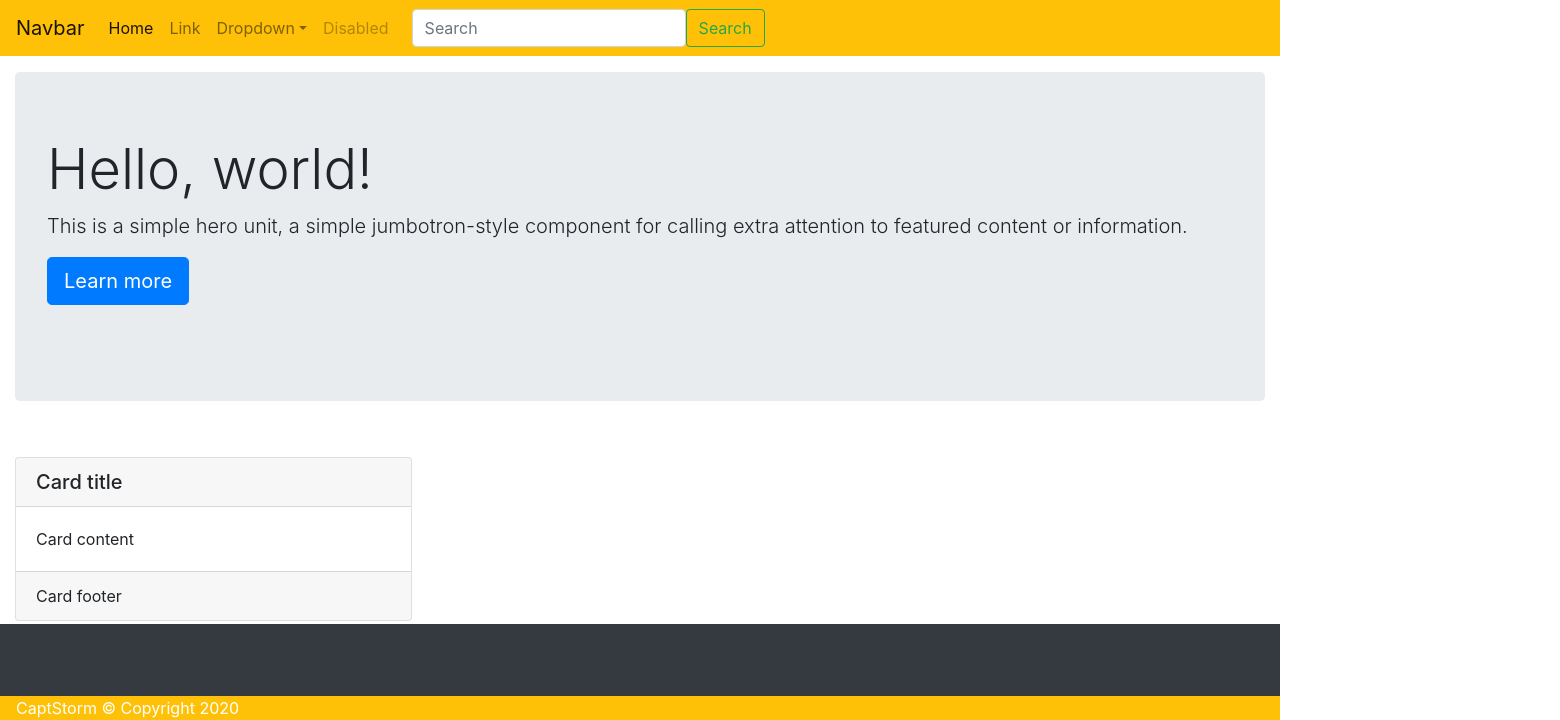
Repository: CaptainStorm21/complete-react16-bootstrap-passing-props
Page: /
An editor plug-in stored every save of this project. The page is shown before and after the next save, followed by the edit.
The browser window is 1280 px wide. The page is 1560 px wide, then 1280 px, then 1560 px, so the pictures cover 1560 px, including what lies to the right of the window. The pictures show the whole page.
The project was rebuilt for these pictures with package versions that can differ from the ones it lists, and the page was loaded fresh each time.

Above is the page before, as saved 2020-04-23 14:23:59.

After the next save:
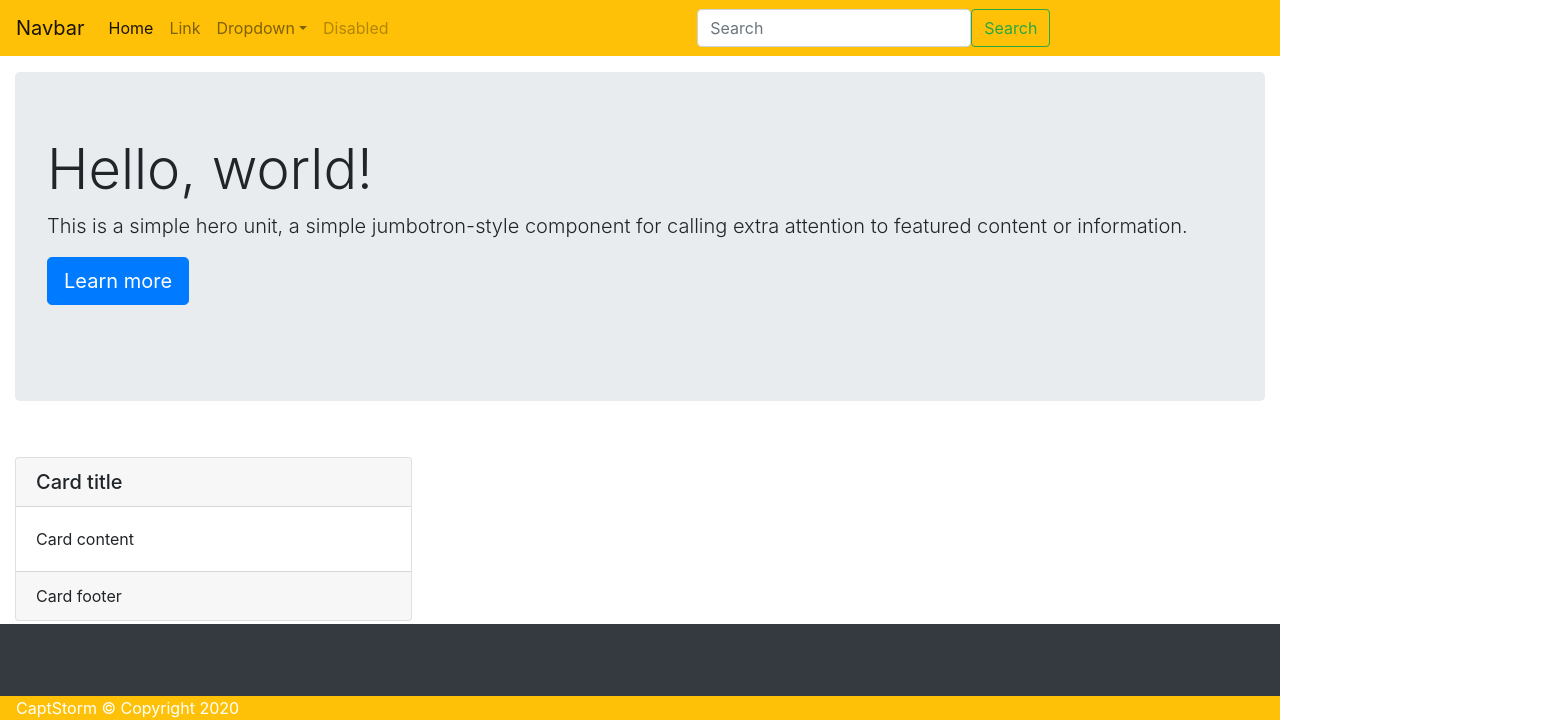
Saved 8 s later.
--- a/src/components/layout/Navbar.js
+++ b/src/components/layout/Navbar.js
@@ -32,7 +32,7 @@
               <a className="nav-link disabled" href="/">Disabled</a>
             </li>
           </ul>
-          <div className = "pull-right col-12">
+          <div className = "pull-right col-6">
           <form className="form-inline ">
             <input className="form-control " type="search" placeholder="Search" aria-label="Search" />
             <button className="btn btn-outline-success" type="submit">Search</button>

After the 2 saves that followed:
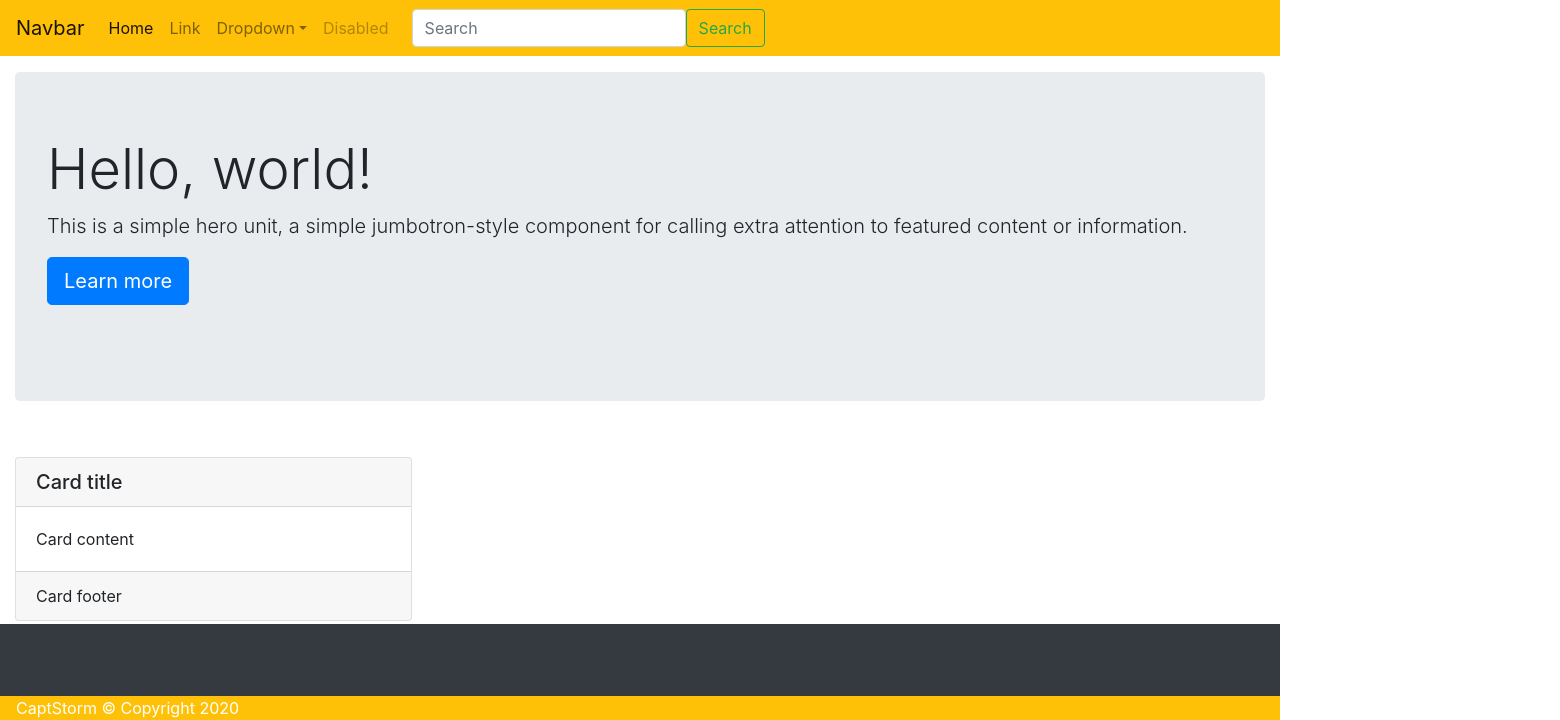
The 2 saves are shown as one change because 1 left the picture as it was.
The last was saved 22 s later.
--- a/src/components/layout/Navbar.js
+++ b/src/components/layout/Navbar.js
@@ -32,7 +32,7 @@
               <a className="nav-link disabled" href="/">Disabled</a>
             </li>
           </ul>
-          <div className = "pull-right col-6">
+          <div className = "col-12">
           <form className="form-inline ">
             <input className="form-control " type="search" placeholder="Search" aria-label="Search" />
             <button className="btn btn-outline-success" type="submit">Search</button>
